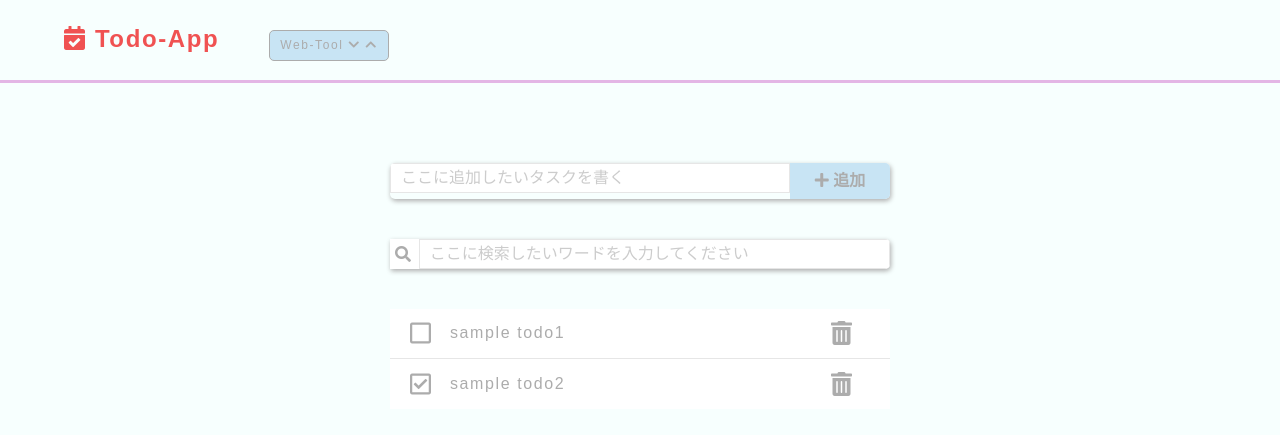
Repository: Hiroshii-m/todo_vue
Page: index.html
The author's editor kept a copy of each file at every save. The page is drawn from the files as they stood at one save, then again after the next save.
The browser window is 1280 px wide. The pictures show the whole page.
The style sheet was rebuilt from its Sass, Less or Tailwind sources for each picture, by a compiler version that may differ from the author's.

Above is the page before, as saved 2021-06-26 20:58:27.

### index.html
<!DOCTYPE html>
<html lang="ja">
<head>
    <meta charset="UTF-8">
    <meta http-equiv="X-UA-Compatible" content="IE=edge">
    <meta name="viewport" content="width=device-width, initial-scale=1.0">
    <link rel="stylesheet" href="node_modules/@fortawesome/fontawesome-free/css/all.css">
    <link rel="stylesheet" href="dist/css/style.css">
    <title>TODO APP Vue</title>
</head>
<body class="u-bgColor-base">

    <!-- header -->
    <header id="l-header" class="u-border-bottom">
        <div class="c-header">
            <h2 class="c-header__home">
                <i class="fas fa-calendar-check"></i>
                <a class="c-header__text" href="">Todo-App</a>
            </h2>
            <h3 class="c-header__other">
                <div class="c-header__menu active">
                    Web-Tool
                    <i class="fas fa-chevron-down"></i>
                    <i class="fas fa-chevron-up"></i>
                </div>
                <ul class="c-header__subitem active">
                    <li class="c-header__item">
                        <a href="">Web-Tool1</a>
                    </li>
                    <li class="c-header__item">
                        <a href="">Web-Tool2</a>
                    </li>
                    <li class="c-header__item">
                        <a href="">Web-Tool3</a>
                    </li>
                </ul>
            </h3>
        </div>
    </header><!-- /header -->

    <!-- main -->
    <section id="l-main">
        <div class="c-main">
            <div id="l-addTask">
                <div class="c-addTask">
                    <input type="text" class="c-addTask__input" placeholder="ここに追加したいタスクを書く">
                    <button class="c-addTask__add">
                        <i class="fas fa-plus"></i>
                        追加
                    </button>
                </div>
            </div>
            <div id="l-search">
                <div class="c-search">
                    <i class="fas fa-search c-search__icon"></i>
                    <input type="text" class="c-search__input" placeholder="ここに検索したいワードを入力してください">
                </div>
            </div>
            <div id="l-list">
                <ul class="c-list">
                    <li class="c-list__item">
                        <i class="far fa-square c-list__icon"></i>
                        <span class="c-list__text">sample todo1</span>
                        <i class="fas fa-trash-alt c-list__icon"></i>
                    </li>
                    <li class="c-list__item">
                        <i class="far fa-check-square c-list__icon"></i>
                        <span class="c-list__text">sample todo2</span>
                        <i class="fas fa-trash-alt c-list__icon"></i>
                    </li>
                </ul>
            </div>
        </div>
    </section><!-- /main -->

</body>
</html>

### src/scss/style.scss

// ======================================
// foundation
// ======================================
@use 'foundation/reset';
@use 'foundation/variables';
@use 'foundation/base';
// ======================================
// layout
// ======================================
#l-header {
    width: 100%;
}
#l-main {
    padding: 80px;
}
#l-addTask {
    margin-bottom: var(--space_3l);
}
#l-search {
    margin-bottom: var(--space_3l);
}
// ======================================
// object
// ======================================
// Component
// **************************************
.c-header {
    width: 90%;
    height: 80px;
    margin: 0 auto;
    display: flex;
    &__home {
        margin-right: 50px;
        font-weight: bold;
        color: var(--color_red);
        font-size: var(--font-size_xl);
        padding: var(--space_xl) 0;
    }
    &__other {
        font-size: var(--font-size_s);
        cursor: pointer;
        margin-top: 30px;
    }
    &__menu {
        padding: var(--space_s) var(--space_m);
        border: 1px solid var(--font-color_default);
        border-radius: 5px;
        &.active {
            background: var(--color_sky);
        }
    }
    &__subitem {
        display: none;
    }
}
.c-main {
    width: var(--site-width_xxl);
    margin: 0 auto;
}
.c-task {
    max-width: 500px;
    margin: 0 auto;
    display: flex;
    &__input {
        height: 100%;
        padding: 5px 10px;
        border: 1px solid var(--border-color_default);
        box-sizing: border-box
    }
    &__icon {
        width: 30px;
        padding: var(--space_s);
    }
}
.c-addTask {
    @extend .c-task;
    border-radius: 5px;
    box-shadow: 1px 2px 5px 0px;
    overflow: hidden;
    &__input {
        @extend .c-task__input;
        width: 80%;
    }
    &__add {
        width: 20%;
        text-align: center;
        background: var(--color_sky);
        padding: var(--space_s) var(--space_m);
        font-weight: bold;
    }
}
.c-search {
    @extend .c-task;
    border-radius: 0 5px 5px 0;
    box-shadow: 1px 2px 5px 0px;
    overflow: hidden;
    background: #fff;
    align-items: center;
    &__icon {
        @extend .c-task__icon;
    }
    &__input {
        @extend .c-task__input;
    }
}
.c-list {
    &__item {
        @extend .c-task;
        height: 50px;
        background: #fff;
        padding: var(--space_s) var(--space_l);
        border-bottom: 1px solid var(--border-color_default);
        align-items: center;
        &:last-child {
            border-bottom: none;
        }
    }
    &__icon {
        @extend .c-task__icon;
        font-size: var(--font-size_xl);
    }
    &__text {
        width: 80%;
        margin-left: var(--space_l);
        cursor: pointer;
    }
}
// Project
// **************************************
// Utility
// **************************************
.u-border {
    &-bottom {
        border-bottom: 3px solid var(--color_accent);
    }
}
.u-bgColor {
    &-base {
        background: var(--color_base);
    }
}

### src/scss/foundation/_variables.scss
:root {
    --font-color_default: #acacac;
    --color_base: #F7FFFE;
    --color_accent: #E3B6E5;
    --color_sky: #C8E4F4;
    --color_red: #F05252;
    --border-color_default: #E6E6E6;


    --site-width_xxl: 980px;
    --site-width_xl: 780px;
    --site-width_md: 580px;
    --site-width_ms: 414px;

    --font-size_s: 12px;
    --font-size_m: 14px;
    --font-size_default: 16px;
    --font-size_l: 18px;
    --font-size_xl: 24px;
    --font-size_xxl: 28px;
    --font-size_3l: 38px;


    --space_s: 5px;
    --space_m: 10px;
    --space_l: 15px;
    --space_xl: 20px;
    --space_xxl: 30px;
    --space_3l: 40px;

    --font-family_default: "メイリオ", sans-serif;
}

### src/scss/foundation/_base.scss
html, body {
    width: 100%;
    color: var(--font-color_default);
    line-height: 1.6;
    font-family: var(--font-family_default);
    letter-spacing: 0.1em;
}

p, a {
    -webkit-font-smoothing: antialiased;
}

img {
    width: 100%;
    height: 100%;
    vertical-align: bottom;
    object-fit: cover;
}

input {
    display: block;
    width: 100%;
    background: #fff;
}

textarea {
    resize: vertical;
    height: 30px;
}

::placeholder {
    color: #ccc;
}

iframe {
    width: 100%;
}

i {
    cursor: pointer;
}

Loaded but not shown: node_modules/@fortawesome/fontawesome-free/css/all.css (library); src/scss/foundation/_reset.scss (common file)

After the next save:
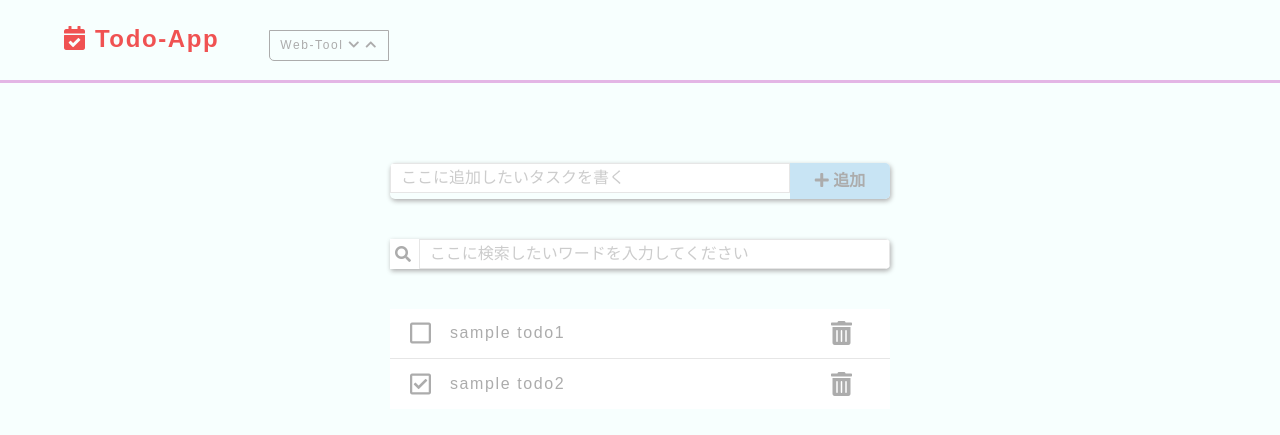
Saved 56 s later.
--- a/src/scss/style.scss
+++ b/src/scss/style.scss
@@ -47,7 +47,7 @@
         border: 1px solid var(--font-color_default);
         border-radius: 5px;
         &.active {
-            background: var(--color_sky);
+            border-radius: 0 0 0 5px;
         }
     }
     &__subitem {
